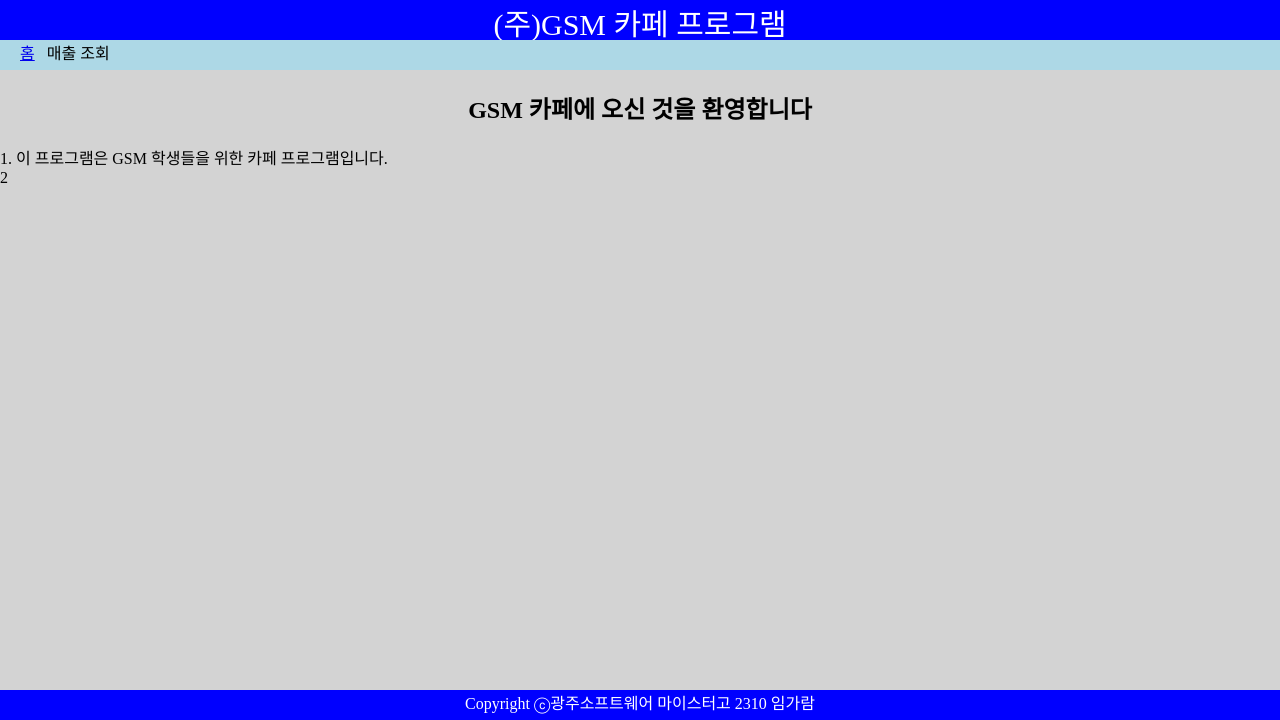
Repository: ImGaram/til
Page: http://localhost/cafe/
These files come from the project's save history. The page is drawn as it stood at one moment and after the next save; the edit follows.
The browser window is 1280 px wide. The pictures show the whole page.
The page is served by Tomcat 9.

Above is the page before, as saved 2022-06-29 00:12:36.

After the next save:
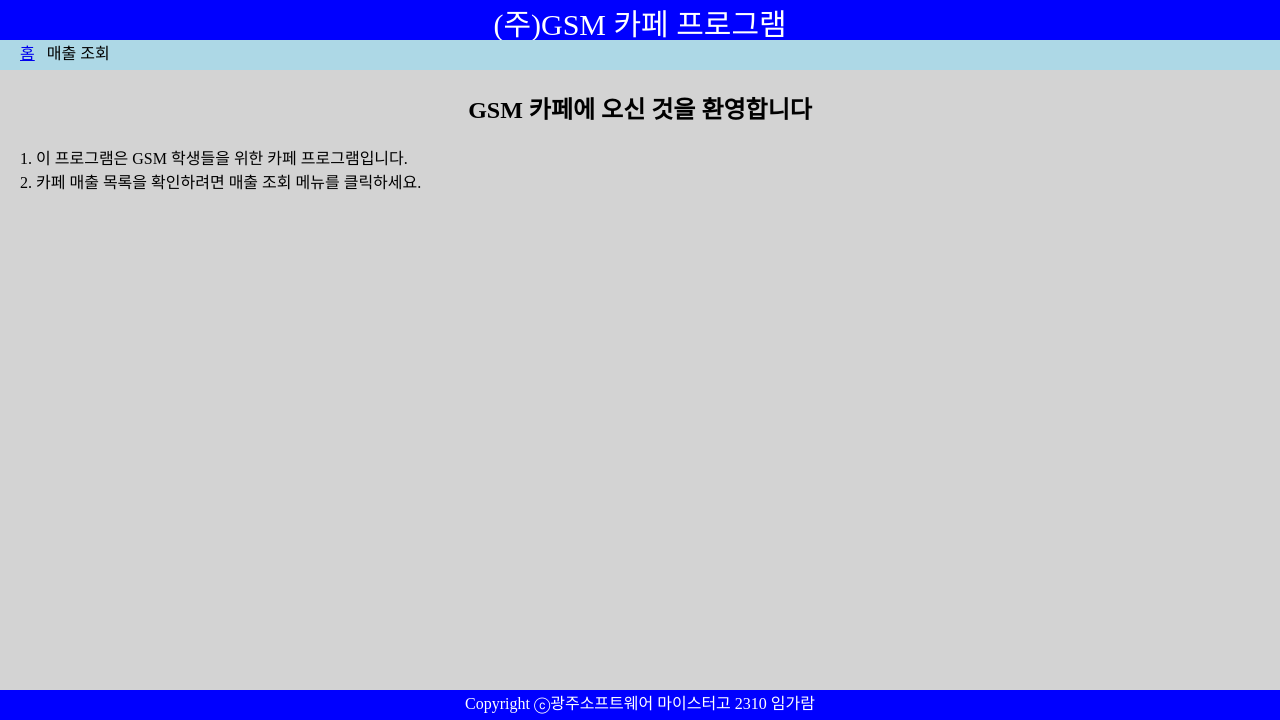
Saved 53 s later.
--- a/2학년 jsp(화면구현)/gsm2022/cafe/src/main/webapp/index.jsp
+++ b/2학년 jsp(화면구현)/gsm2022/cafe/src/main/webapp/index.jsp
@@ -10,9 +10,9 @@
 <jsp:include page="header.jsp"></jsp:include>
 <section style="position:fixed; width:100%; height:100%; top:70px; left:0; background-color: lightgray">
 <h2 style="text-align: center">GSM 카페에 오신 것을 환영합니다</h2>
-<p>
+<p style="padding-left:20px">
 1. 이 프로그램은 GSM 학생들을 위한 카페 프로그램입니다.<br>
-2
+2. 카페 매출 목록을 확인하려면 매출 조회 메뉴를 클릭하세요.
 </p>
 </section>
 <jsp:include page="footer.jsp"></jsp:include>
